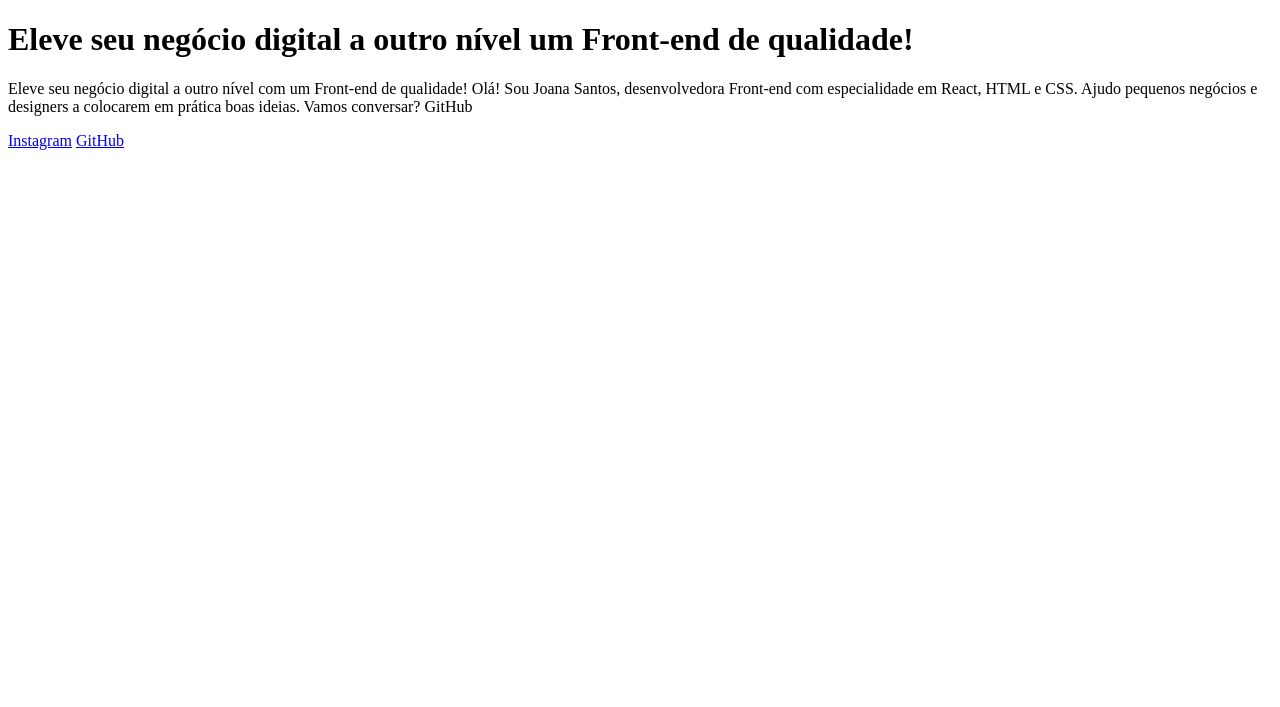
Repository: YoungAkira/CursoHtmlCss
Page: index.html
These files come from the project's save history. The page is drawn as it stood at one moment and after the next save; the edit follows.
The browser window is 1280 px wide. The pictures show the whole page.

Above is the page before, as saved 2023-05-11 14:22:10.

### index.html
<!DOCTYPE html>
<html lang="pt-br">
<head>
    <meta charset="UTF-8">
    <meta http-equiv="X-UA-Compatible" content="IE=edge">
    <meta name="viewport" content="width=device-width, initial-scale=1.0">
    <title>Document</title>
</head>
<body>
    <header></header>
    <main>
        <h1>Eleve seu negócio digital a outro nível <strong>um Front-end de qualidade!</strong></h1>

        <p>Eleve seu negócio digital a outro nível com um Front-end de qualidade!
            Olá! Sou Joana Santos, desenvolvedora Front-end com especialidade em React,
            HTML e CSS. Ajudo pequenos negócios e designers a colocarem em prática boas
            ideias. Vamos conversar?
            GitHub</p>

        <a href="instagram.com">Instagram</a>
        <a href="https:instagram.com">GitHub</a>

    </main>
    <footer></footer>


</body>
</html>

After the next save:
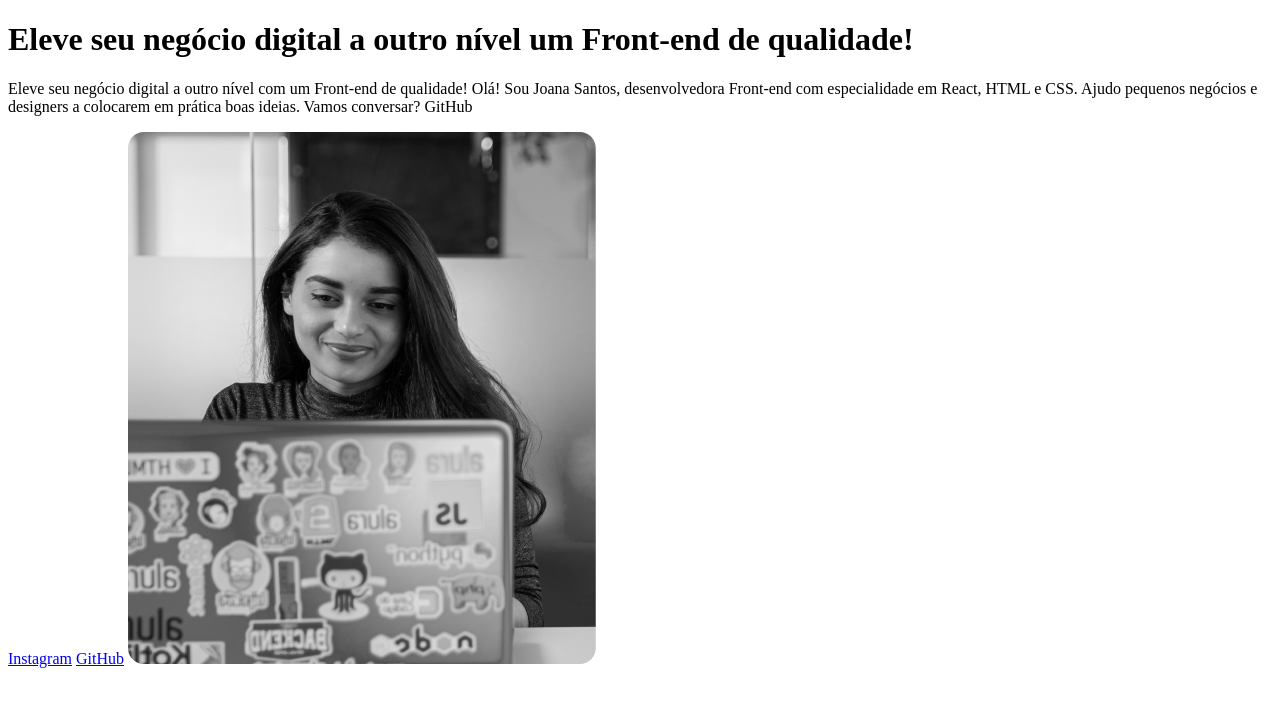
Saved 7 min 19 s later.
--- a/index.html
+++ b/index.html
@@ -19,6 +19,7 @@
 
         <a href="instagram.com">Instagram</a>
         <a href="https:instagram.com">GitHub</a>
+        <img src="imagem.png" alt="Foto Joana Santos programando">
 
     </main>
     <footer></footer>
